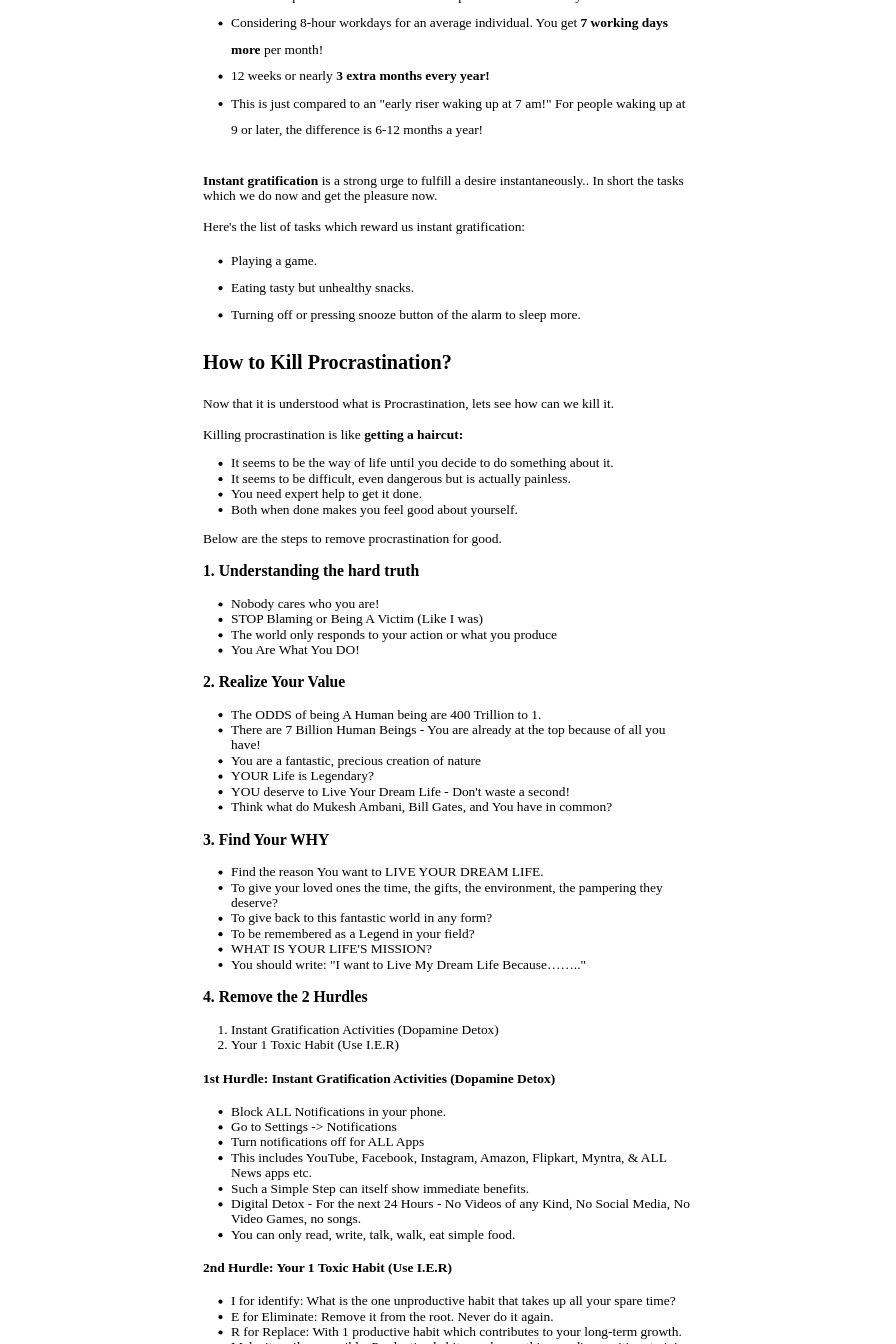
Repository: PuneetP16/Portfolio
Page: Wake Up At 5 AM Every Single Day Like Clockwork.html
The author's editor kept a copy of each file at every save. The page is drawn from the files as they stood at one save, then again after the next save.
The browser window is 1280 px wide. The pictures show the part of the page from y = 1821 to 3741 px (the page is 4903 px tall before and 5497 px after), at 70% of full size.
A picture or video elsewhere on the page could not be fetched, so the positions and the page height are approximate. Some web fonts or font styles are not loaded; a fallback is used.

Above is the page before, as saved 2021-12-10 03:08:23.

### Wake Up At 5 AM Every Single Day Like Clockwork.html
<!DOCTYPE html>
<html lang="en">

<head>
  <meta charset="UTF-8" />
  <meta name="viewport" content="width=device-width, initial-scale=1.0" />
  <title>Wake Up At 5 AM Every Single Day Like Clockwork: Practical Approach</title>
  <link rel="stylesheet" href="style.css" />
</head>

<body>
  <div class="blog-container blog-container-center" style="margin-top: 5rem">
    <h1 class="main-head">Wake Up At 5 AM Every Single Day Like Clockwork: Practical Approach</h1>
    <strong> December 5, 2021</strong>
    <header class="blog-head">
      <img class="blog-img"
        src="Images/sage-friedman-HS5CLnQbCOc-unsplash.jpg"
        alt="Code" />
    </header>

    <hr />

    <p class="blog-paragraph">
      Waking up early is equal to <strong>reduced stress levels</strong> and <strong>peace</strong> is its effect. When you rise early, it removes the need to rush in the morning. It is then that your day starts on an optimistic note, and this positivity stays with you throughout the day.
    </p>

    <h2 class="blog-h2">The Secret of Success of World Class Performers</h2>
    <p class="blog-paragraph">
      What do you, Narendra Modi, Bill Gates, Mukesh Ambani, and all the successful people do have one thing in common?.
     <br> They all have <strong>24 Hours in a day.</strong><br>
      <ul style="line-height: 2">
        <li>Successful people WAKE UP EARLY!</li>
        <li>Indra Nooyi, CEO of PepsiCo, wakes up at 4! a.m.</li>
        <li> <strong>Apple CEO,</strong> Tim Cook wakes up at <strong>3:45am</strong> every morning. </li>
         <li>Actors Dwyane Johnson (The Rock), Mark Wahlberg, Akshay Kumar, all wake up between 4 to 5 am every day.</li>
         <li>Virat Kohli wakes up at 5am. World Class athletes from Olympic Gold winners, to Chess Grandmasters to Race Car drivers all wake up early.</li>
         <li>Narendra Modi wakes up at 5am. YOU get the idea!</li>
      </ul>
      <br> </p>

      <h2 class="blog-h2">Three reasons why you should wake up at 5am?</h2>
      <p class="blog-paragraph">
        <h3>REASON 1: More productive time! </h3>
        <ul style="line-height: 2">
          <li>Successful people create more "productive time" for themselves.</li>
          <li>Nobody is doing anything productive after 10pm.</li>
          <li>Compared to a typical "Early Riser" waking up at 7am, who works form 8am, successful people wake up at 5am and start working by 6am. So you get <strong>2 hours extra</strong> till 8am. </li>
           <li>Which is equal to 52-60 hours extra work/productive hours every month.</li>
           <li>Considering 8-hour workdays for an average individual. You get <strong> 7 working days more</strong> per month!</li>
           <li>12 weeks or nearly <strong> 3 extra months every year!</strong> </li>
           <li>This is just compared to an "early riser waking up at 7 am!" For people waking up at 9 or later, the difference is 6-12 months a year!</li>
        </ul>
        <br>

      <strong>Instant gratification</strong> is a strong urge to fulfill a desire instantaneously.. In short the tasks which we do now and get the pleasure now. <br><br>
        Here's the list of tasks which reward us instant gratification:
      <ul style="line-height: 2">
        <li>Playing a game.</li>
        <li>Eating tasty but unhealthy snacks.</li>
        <li>Turning off or pressing snooze button of the alarm to sleep more.</li>
      </ul>
      <h2 class="blog-h2">How to Kill Procrastination?</h2>
      Now that it is understood what is Procrastination, lets see how can we kill it.<br><br>
      Killing procrastination is like <strong> getting a haircut:</strong> <br>
      <ul>
        <li>It seems to be the way of life until you decide to do something about it.</li>
        <li>It seems to be difficult, even dangerous but is actually painless.</li>
        <li>You need expert help to get it done.</li>
        <li>Both when done makes you feel good about yourself.</li>
      </ul>
      Below are the steps to remove procrastination for good.
      <h3>1. Understanding the hard truth </h3>
      <ul>
        <li>Nobody cares who you are!</li>
        <li>STOP Blaming or Being A Victim (Like I was) </li>
        <li>The world only responds to your action or what you produce</li>
        <li>You Are What You DO!</li>
      </ul>

      <h3>2. Realize Your Value</h3>
      <ul>
        <li>The ODDS of being A Human being are 400 Trillion to 1. </li>
        <li>There are 7 Billion Human Beings - You are already at the top because of all you have!</li>
        <li>You are a fantastic, precious creation of nature</li>
        <li>YOUR Life is Legendary?</li>
        <li>YOU deserve to Live Your Dream Life - Don't waste a second!</li>
        <li>Think what do Mukesh Ambani, Bill Gates, and You have in common?</li>
      </ul>

      <h3>3. Find Your WHY </h3>
      <ul>
        <li>Find the reason You want to LIVE YOUR DREAM LIFE.</li>
        <li>To give your loved ones the time, the gifts, the environment, the pampering they deserve?</li>
        <li>To give back to this fantastic world in any form?</li>
        <li>To be remembered as a Legend in your field? </li>
        <li>WHAT IS YOUR LIFE'S MISSION?</li>
        <li>You should write: "I want to Live My Dream Life Because…….."</li>
      </ul>

      <h3>4. Remove the 2 Hurdles</h3>
      <ol>
        <li>Instant Gratification Activities (Dopamine Detox)</li>
        <li>Your 1 Toxic Habit (Use I.E.R)</li>
      </ol>

      <h4>1st Hurdle: Instant Gratification Activities (Dopamine Detox)</h4>
      <ul>
        <li>Block ALL Notifications in your phone.</li>
        <li>Go to Settings -> Notifications</li>
        <li>Turn notifications off for ALL Apps</li>
        <li>This includes YouTube, Facebook, Instagram,  Amazon, Flipkart, Myntra, & ALL News apps etc.</li>
        <li>Such a Simple Step can itself show immediate benefits.</li>
        <li>Digital Detox - For the next 24 Hours - No Videos of any Kind, No Social Media, No Video Games, no songs.</li>
        <li>You can only read, write, talk, walk, eat simple food.</li>
      </ul>

      <h4>2nd Hurdle: Your 1 Toxic Habit (Use I.E.R)</h4>
      <ul>
        <li>I for identify: What is the one unproductive habit that takes up all your spare time?</li>
        <li>E for Eliminate: Remove it from the root. Never do it again.</li>
        <li>R for Replace: With 1 productive habit which contributes to your long-term growth. Make it easily accessible. Productive habits can be anything reading, writing, training or being with family.</li>
        <li>1 toxic habit wastes 80-90% of your time. Implementing this TODAY will dramatically transform you day.</li>
      </ul>

      <h3>5. Take Action NOW.</h3>
      <ol>
        <li>STEP 1: Write Down " I need to Live My Dream Life because..."</li>
        <li>STEP 2: Block ALL app notifications & go on a Digital Detox for 24 hours.</li>
        <li>STEP 3: Identify, Eliminate and Replace your one TOXIC HABIT. </li>
      </ol>
      I recommend to use the following worksheet to remove procrastination for good. <br>
      <a href="https://paruluniversityacin-my.sharepoint.com/:w:/g/personal/180305221005_paruluniversity_ac_in/Ebi1ldGi0OpBhula2y21DAMBttAGShh9H3HnfXRHy4TEcg?e=gIK8Ci">Digital worksheet for killing procrastination and finding your WHY.</a>
    <h2 class="blog-h2">Final Words</h2>
      <h3 class="quotes">If You Procrastinate on Killing Procrastination, Procrastination will kill you!</h3>
      <h3 class="quotes">Nothing can stop the man who will bet even his own existence on his stated purpose.</h3>

    <hr />

    <footer class="blog-footer">
      <div><strong>Social media handle's</strong></div>
      <ul class="social-links list-non-bullet">
        <li class="list-item-inline">
          <a class="link" href="https://twitter.com/PatelPuneet16" target="_blank">Twitter</a>
        </li>
        <li class="list-item-inline">
          <a class="link" href="https://github.com/PuneetP16" target="_blank">Github</a>
        </li>
        <li class="list-item-inline">
          <a class="link" href="https://www.linkedin.com/in/puneet-patel-96b607a0/" target="_blank">LinkedIn</a>
        </li>
      </ul>
    </footer>
  </div>
</body>

</html>

### style.css
@import url('https://fonts.googleapis.com/css2?family=Fuzzy+Bubbles&family=Merriweather&family=Montserrat:ital,wght@0,400;1,500&family=Sacramento&display=swap');

:root {
  --primary-color: #F87171;
  --off-white: #f3f4f6;
  --dark-gray: #6b7280;
}

body {
  font-family: 'Fuzzy Bubbles', cursive;
  max-width: 85%;
  margin: 0px auto;
  font-size: 1.2rem;
}

.container {
  padding-left: 1rem;
  padding-right: 1rem;
}

.container-center {
  max-width: 900px;
  width: 100%;
  margin: auto;
}

.container-center h1 {
  font-family: 'Sacramento', cursive;
  font-size: 2.4rem;
}

hr {
  margin: 2rem 0;
}

/** links **/
.link {
  text-decoration: none;
  border-radius: 0.5rem;
  padding: 0.8rem 0.8rem;
  margin-top: 0.5rem;
  margin-bottom: 0.5rem;
  display: inline-block;
}

.link-primary {
  background-color: var(--primary-color);
  color: white;
}

.link-secondary {
  border: 1px solid var(--primary-color);
  color: var(--primary-color);
}

.link-without-decoration {
  display: block;
  text-decoration: none;
  color: white;
  font-size: 2rem;
  margin: auto;
  text-align: center;
  padding-right: 550px;
}

/** Lists **/
.list-non-bullet {
  list-style: none;
  padding-inline-start: 0px;
  margin-block-end: 0px;
}

.list-item-inline {
  display: inline;
  padding: 0rem 0.5rem;
}

.list-item-container {
  padding: 1rem;
  text-align: center;
  border-radius: 1rem;
  margin-top: 1rem;
  margin-bottom: 3rem;
}

/** Navigation **/
.navigation {
  background-color: var(--primary-color);
  color: white;
  padding: 1rem;
  margin-bottom: 2rem;
  border-bottom-left-radius: 2rem;
  border-bottom-right-radius: 2rem;
}

.navigation .nav-head {
  font-weight: bold;
  font-size: 1.2rem;
}

.navigation .nav-pills {
  text-align: right;
  margin-top: 0px;
}

.navigation .link {
  color: white;
  font-size: 1.4rem;
}

.navigation .link-active {
  font-weight: bold;
}

/** Header **/
.hero {
  padding: 2rem;
}

.hero .hero-img {
  max-width: 450px;
  display: block;
  margin: auto;
}

.hero .hero-heading {
  color: var(--dark-gray);
  text-align: center;
}

.hero .hero-heading span {
  color: var(--primary-color);
}
/** Sections **/

.section {
  margin-top: 2rem;
  padding: 2rem;
  border-radius: 1rem;
  text-align: center;
}

.section p {
  font-size: 1.2rem;
}

.ow {
  background-color: var(--off-white);
}

/** Footer **/
.footer {
  background-color: var(--primary-color);
  color: white;
  margin-top: 2rem;
  padding: 2rem;
  padding-top: 20px;
  padding-bottom: 16px;
  border-top-right-radius: 1rem;
  text-align: center;
  border-top-left-radius: 3rem;
  border-top-right-radius: 3rem;
}

.footer .footer-header {
  font-weight: bold;
  font-size: large;
}

.footer .link {
  color: white;
}

.footer .social-links {
  padding-inline-start: 0px;
  margin-top: 8 px;
}

/** Blog Styling **/

.blog-container {
  padding-left: 1rem;
  padding-right: 1rem;
}

.blog-container-center {
  max-width: 700px;
  width: 100%;
  margin: auto;
}

div .blog-paragraph {
  margin-top: 2rem;
  margin-bottom: 2rem;
  line-height: 1.6;
}

div .blog-h2 {
  margin-top: 2rem;
  margin-bottom: 2rem;
}

div .blog-img {
  width: 100%;
  display: block;
}

div .blog-head {
  padding: 1rem;
}

/** blog footer **/

.blog-footer {
  color: Black;
  margin-top: 2rem;
  padding: 2rem;
  border-top-right-radius: 1rem;
  text-align: center;
}

.blog-footer .link {
  color: blue;
}

.main-head {
  font-weight: normal;
  margin-bottom: 0.5rem;
}

.quotes {
  text-align: center;
  font-size: 1.6rem;
  color:darkcyan;
}

.contact-me {
  background-color:#FEE2E2;
  padding: 0.05rem 0.5rem 2rem 0.5rem;
  border-radius: 1rem;
  font-size: 1.13rem;
}


.contact-me .btn{
  /* text-align: center;
  width: auto; */
  border-radius: 15px;
  font-size: 20px;
  font-weight: 600;
  background-color: var(--primary-color);
  color: white;
  padding: 10px 30px;
  border: 2px solid #000000;
  margin: auto;
  margin-top: 1rem;
  cursor: pointer;
  max-width: 85%;
}

.contact-me .btn:hover{
  background-color: #5FA8D3;
  color: #1B4965;
}

After the next save:
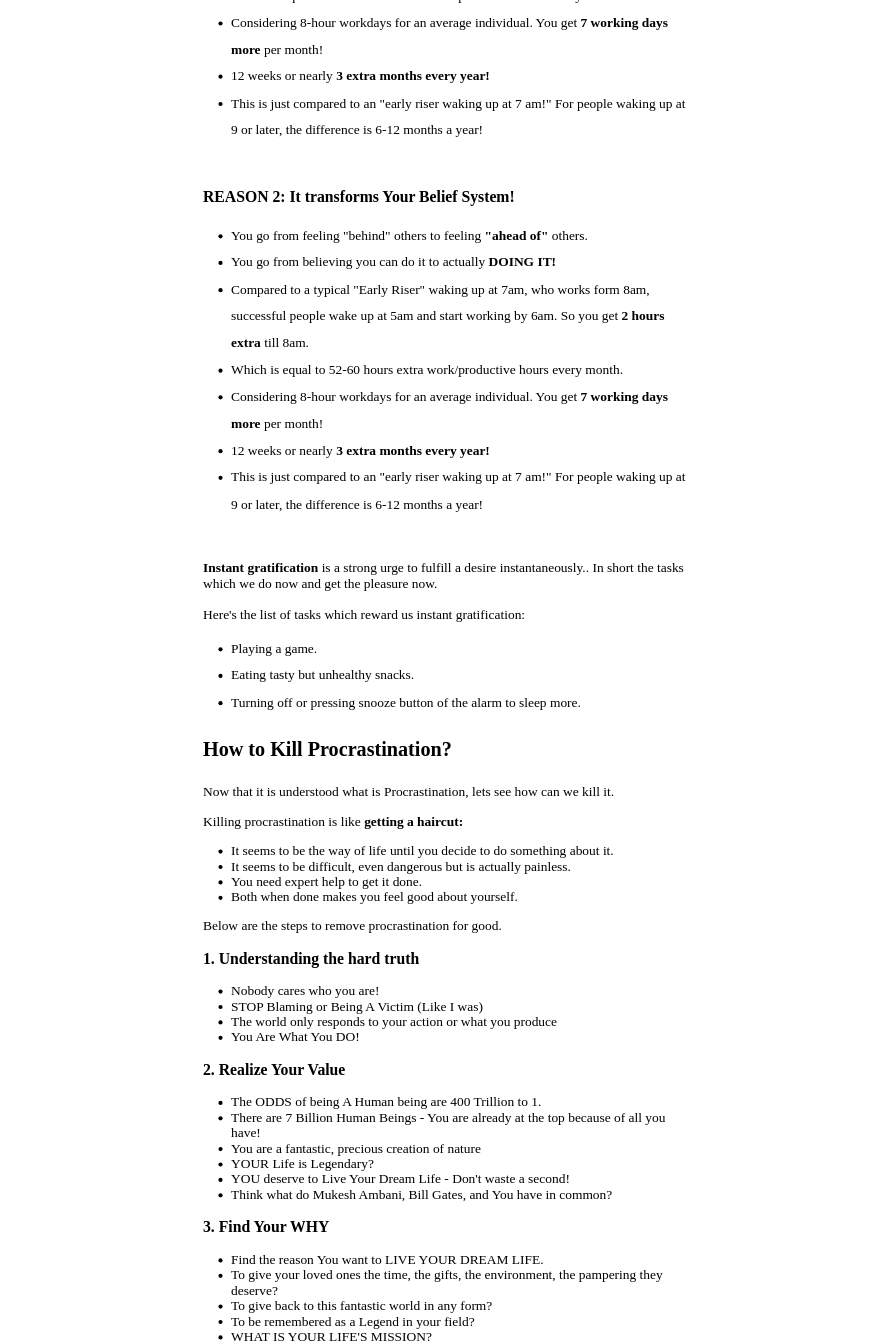
Saved 3 min 17 s later.
--- a/Wake Up At 5 AM Every Single Day Like Clockwork.html
+++ b/Wake Up At 5 AM Every Single Day Like Clockwork.html
@@ -51,6 +51,23 @@
            <li>This is just compared to an "early riser waking up at 7 am!" For people waking up at 9 or later, the difference is 6-12 months a year!</li>
         </ul>
         <br>
+
+        <h3>REASON 2: It transforms Your Belief System! </h3>
+        <ul style="line-height: 2">
+          <li>You go from feeling "behind" others to feeling <strong>"ahead of"</strong> others.</li>
+          <li>You go from believing you can do it to actually <strong>DOING IT!</strong></li>
+          <li>Compared to a typical "Early Riser" waking up at 7am, who works form 8am, successful people wake up at 5am and start working by 6am. So you get <strong>2 hours extra</strong> till 8am. </li>
+           <li>Which is equal to 52-60 hours extra work/productive hours every month.</li>
+           <li>Considering 8-hour workdays for an average individual. You get <strong> 7 working days more</strong> per month!</li>
+           <li>12 weeks or nearly <strong> 3 extra months every year!</strong> </li>
+           <li>This is just compared to an "early riser waking up at 7 am!" For people waking up at 9 or later, the difference is 6-12 months a year!</li>
+        </ul>
+        <br>
+
+
+      </p>
+
+
 
       <strong>Instant gratification</strong> is a strong urge to fulfill a desire instantaneously.. In short the tasks which we do now and get the pleasure now. <br><br>
         Here's the list of tasks which reward us instant gratification:
